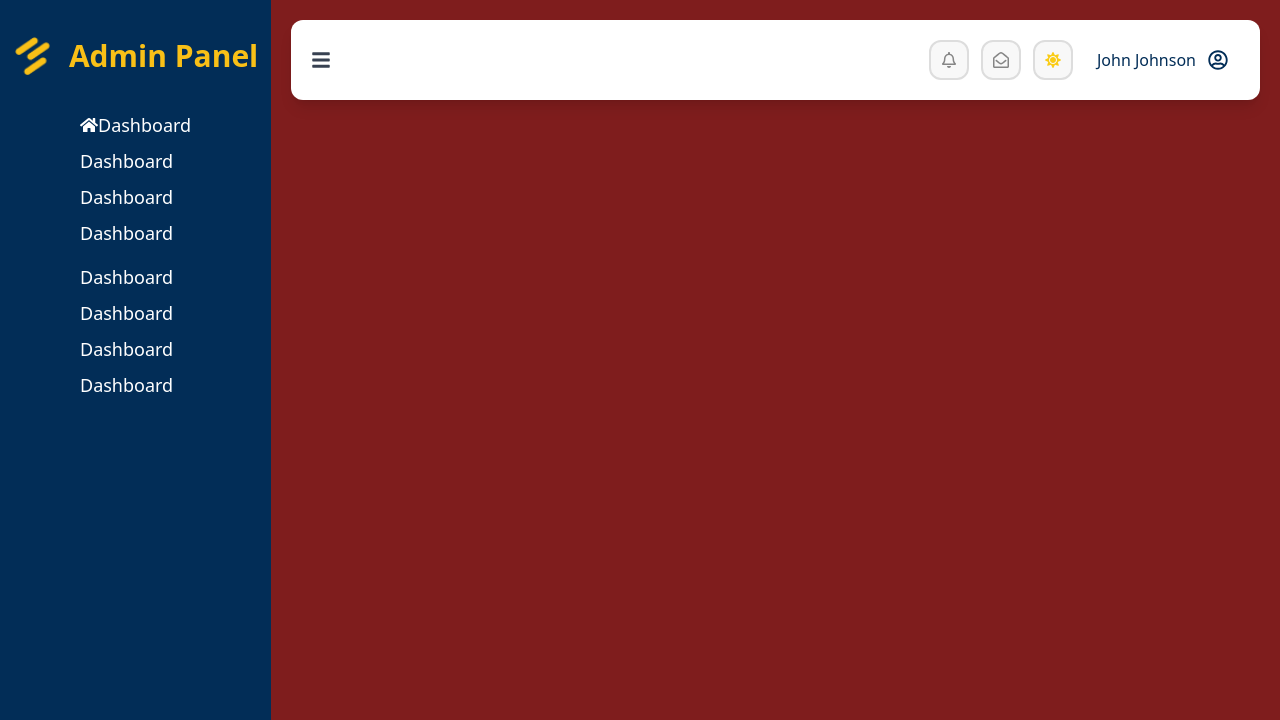
Repository: farrelmuhammad/redesign-bo
Page: /
These files come from the project's save history. The page is drawn as it stood at one moment and after the next save; the edit follows.
The browser window is 1280 px wide. The pictures show the whole page.
The project was rebuilt for these pictures with package versions that can differ from the ones it lists, and the page was loaded fresh each time. Also part of the build but not shown: src/App.css.

Above is the page before, as saved 2024-03-02 19:47:33.

### src/App.tsx
import React from 'react';
import logo from './logo.svg';
import './App.css';
import Navbar from './components/Navbar';
import Sidebar from './components/Sidebar';

function App() {
  return (
    <section className='bg-red-900 h-screen w-screen flex font-poppins text-white'>
      <Sidebar />
      <Navbar />
    </section>
  );
}

export default App;

### src/components/Navbar.tsx
import React from 'react'
import { FaBars, FaMoon, FaRegBell, FaRegEnvelopeOpen, FaRegUserCircle, FaSun } from "react-icons/fa";

const Navbar = () => {
    return (
        <nav className='bg-white h-20 w-full flex flex-row justify-between items-center px-5 m-5 rounded-xl shadow-lg'>
            <div className="flex flex-1 justify-start items-center">
                <button className='text-xl text-gray-700 hover:text-black'>
                    <FaBars />
                </button>
            </div>
            <div className="flex flex-1 flex-row gap-3 justify-end items-end">
                <button className='flex justify-center items-center h-10 w-10 text-[#868686] bg-[#F8F8F8] rounded-xl border-[2px] border-[#DDDDDD] hover:border-gray-500 hover:text-gray-500'>
                    <FaRegBell />
                </button>
                <button className='flex justify-center items-center h-10 w-10 text-[#868686] bg-[#F8F8F8] rounded-xl border-[2px] border-[#DDDDDD] hover:border-gray-500 hover:text-gray-500'>
                    <FaRegEnvelopeOpen />
                </button>
                <button className='flex justify-center items-center h-10 w-10 rounded-xl border-[2px] border-[#DDDDDD] bg-[#F8F8F8] text-yellow-400 hover:border-gray-500 hover:text-yellow-500'>
                    <FaSun />
                    {/* <FaMoon /> */}
                </button>
                <button className='flex flex-row justify-center items-center py-2 px-3 gap-3 text-[#022D57] hover:text-[#1e183a]'>
                    John Johnson <FaRegUserCircle className='text-xl' />
                </button>
            </div>
        </nav>
    )
}

export default Navbar

### src/components/Sidebar.tsx
import React from 'react'
import Logo from '../assets/images/Logo.png'
import { FaHome } from 'react-icons/fa'

const Sidebar = () => {
    return (
        <aside className='flex flex-col h-full w-1/4 justify-start items-center bg-[#022D57] py-5'>
            <div className="flex flex-row h-20 justify-start gap-4 items-center">
                <img className="h-10 w-10" src={Logo} alt="" />
                <h1 className='font-bold text-3xl text-[#F9C017]'>Admin Panel</h1>
            </div>
            <div className="flex flex-col h-full w-full justify-start gap-4 items-start py-5 px-20">
                <ul className='flex flex-col gap-2 font-medium text-lg'>
                    <li className='flex flex-row justify-start items-center'>
                        <FaHome /> Dashboard
                    </li>
                    <li>Dashboard</li>
                    <li>Dashboard</li>
                    <li>Dashboard</li>
                </ul>
                <ul className='flex flex-col gap-2 font-medium text-lg'>
                    <li>Dashboard</li>
                    <li>Dashboard</li>
                    <li>Dashboard</li>
                    <li>Dashboard</li>
                </ul>
            </div>
        </aside>
    )
}

export default Sidebar

Loaded but not shown: public/index.html (common file); src/index.tsx (common file); src/index.css (common file); src/reportWebVitals.ts (common file); tailwind.config.js (common file)

After the next save:
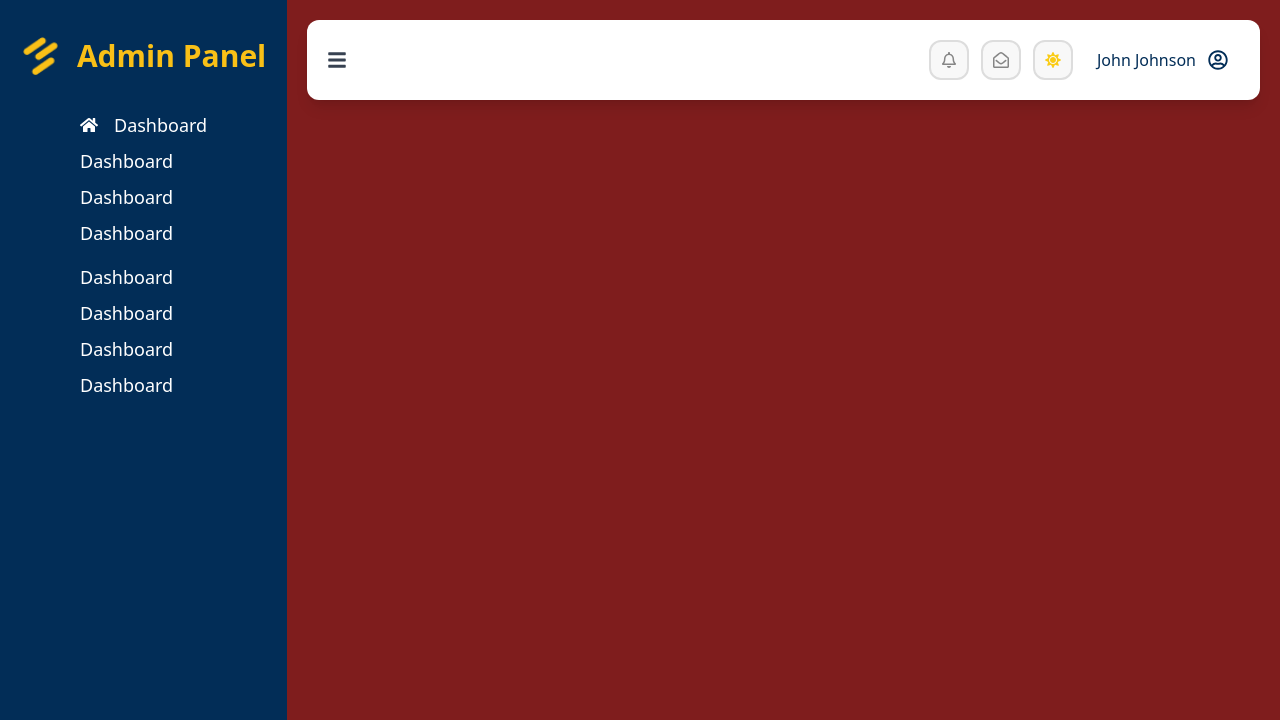
Saved 4 s later.
--- a/src/components/Sidebar.tsx
+++ b/src/components/Sidebar.tsx
@@ -11,7 +11,7 @@ const Sidebar = () => {
             </div>
             <div className="flex flex-col h-full w-full justify-start gap-4 items-start py-5 px-20">
                 <ul className='flex flex-col gap-2 font-medium text-lg'>
-                    <li className='flex flex-row justify-start items-center'>
+                    <li className='flex flex-row justify-start items-center gap-4'>
                         <FaHome /> Dashboard
                     </li>
                     <li>Dashboard</li>
